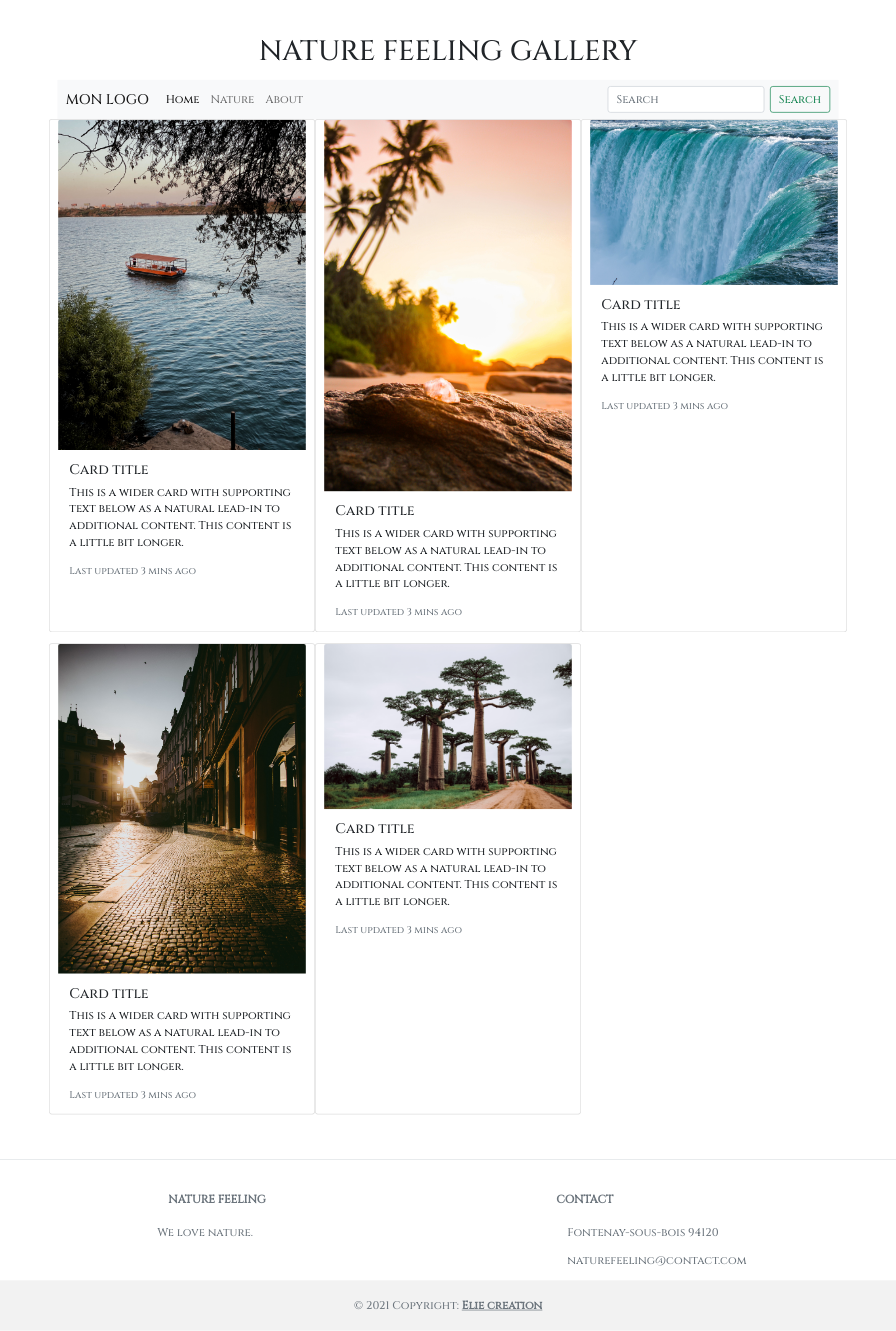
Repository: Elie-Dey/boot-start
Page: gallery.html
An editor plug-in stored every save of this project. The page is shown before and after the next save, followed by the edit.
The browser window is 1280 px wide. The pictures show the whole page, at 70% of full size.
Some web fonts or font styles are not loaded; a fallback is used.

Above is the page before, as saved 2021-08-19 18:57:23.

### gallery.html
<!DOCTYPE html>
<html lang="en">
  <head>
    <meta charset="UTF-8" />
    <meta http-equiv="X-UA-Compatible" content="IE=edge" />
    <meta name="viewport" content="width=device-width, initial-scale=1.0" />
    <link rel="stylesheet" href="style.css" />
    <link rel="preconnect" href="https://fonts.googleapis.com" />
    <link rel="preconnect" href="https://fonts.gstatic.com" crossorigin />
    <link
      href="https://fonts.googleapis.com/css2?family=Cinzel:wght@500&family=Style+Script&display=swap"
      rel="stylesheet"
    />
    <link
      href="https://cdn.jsdelivr.net/npm/bootstrap@5.1.0/dist/css/bootstrap.min.css"
      rel="stylesheet"
      integrity="sha384-KyZXEAg3QhqLMpG8r+8fhAXLRk2vvoC2f3B09zVXn8CA5QIVfZOJ3BCsw2P0p/We"
      crossorigin="anonymous"
    />
    <title>Nature gallery</title>
  </head>
  <body>
    <div class="container">
      <h1 class="titre text-center pb-2 text-uppercase">
        Nature Feeling Gallery
      </h1>
      <!--bar de navigation -->
      <nav class="navbar navbar-expand-lg navbar-light bg-light">
        <div class="container-fluid">
          <a class="navbar-brand" href="index.html">MON LOGO</a>
          <button
            class="navbar-toggler"
            type="button"
            data-bs-toggle="collapse"
            data-bs-target="#navbarSupportedContent"
            aria-controls="navbarSupportedContent"
            aria-expanded="false"
            aria-label="Toggle navigation"
          >
            <span class="navbar-toggler-icon"></span>
          </button>
          <div class="collapse navbar-collapse" id="navbarSupportedContent">
            <ul class="navbar-nav me-auto mb-2 mb-lg-0">
              <li class="nav-item">
                <a class="nav-link active" aria-current="page" href="#">Home</a>
              </li>
              <li class="nav-item">
                <a class="nav-link" href="#">Nature</a>
              </li>

              <li class="nav-item">
                <a class="nav-link" href="#" tabindex="-1" aria-disabled="true"
                  >About</a
                >
              </li>
            </ul>
            <form class="d-flex">
              <input
                class="form-control me-2"
                type="search"
                placeholder="Search"
                aria-label="Search"
              />
              <button class="btn btn-outline-success" type="submit">
                Search
              </button>
            </form>
          </div>
        </div>
      </nav>
      <!--bar de navigation -->

      <div class="row">
        <!--Images cards-->
        <div class="card mb-3 col-md-6 col-xl-4">
          <img
            src="images/ahmed-babiker-X8U9Hzxy7cE-unsplash.jpg"
            class="card-img-top"
            alt="..."
          />
          <div class="card-body">
            <h5 class="card-title">Card title</h5>
            <p class="card-text">
              This is a wider card with supporting text below as a natural
              lead-in to additional content. This content is a little bit
              longer.
            </p>
            <p class="card-text">
              <small class="text-muted">Last updated 3 mins ago</small>
            </p>
          </div>
        </div>
        <div class="card mb-3 col-md-6 col-xl-4">
          <img
            src="images/florian-wehde-_2ECGFr12LM-unsplash.jpg"
            class="card-img-top"
            alt="..."
          />
          <div class="card-body">
            <h5 class="card-title">Card title</h5>
            <p class="card-text">
              This is a wider card with supporting text below as a natural
              lead-in to additional content. This content is a little bit
              longer.
            </p>
            <p class="card-text">
              <small class="text-muted">Last updated 3 mins ago</small>
            </p>
          </div>
        </div>
        <div class="card mb-3 col-md-6 col-xl-4">
          <img
            src="images/vince-veras-4xzIo1d5esI-unsplash.jpg"
            class="card-img-top"
            alt="..."
          />
          <div class="card-body">
            <h5 class="card-title">Card title</h5>
            <p class="card-text">
              This is a wider card with supporting text below as a natural
              lead-in to additional content. This content is a little bit
              longer.
            </p>
            <p class="card-text">
              <small class="text-muted">Last updated 3 mins ago</small>
            </p>
          </div>
        </div>
        <div class="card mb-3 col-md-6 col-xl-4">
          <img
            src="images/kevin-andre-9Q1t_docbak-unsplash.jpg"
            class="card-img-top"
            alt="..."
          />
          <div class="card-body">
            <h5 class="card-title">Card title</h5>
            <p class="card-text">
              This is a wider card with supporting text below as a natural
              lead-in to additional content. This content is a little bit
              longer.
            </p>
            <p class="card-text">
              <small class="text-muted">Last updated 3 mins ago</small>
            </p>
          </div>
        </div>
        <div class="card mb-3 col-md-6 col-xl-4">
          <img
            src="images/graphic-node-yPSbirjJWzs-unsplash.jpg"
            class="card-img-top"
            alt="..."
          />
          <div class="card-body">
            <h5 class="card-title">Card title</h5>
            <p class="card-text">
              This is a wider card with supporting text below as a natural
              lead-in to additional content. This content is a little bit
              longer.
            </p>
            <p class="card-text">
              <small class="text-muted">Last updated 3 mins ago</small>
            </p>
          </div>
        </div>

        <!--Images cards-->
      </div>
    </div>

    <!-- Footer -->
    <footer class="text-center text-lg-start bg-white text-muted">
      <!-- Section: Social media -->
      <section
        class="
          d-flex
          justify-content-center justify-content-lg-between
          p-4
          border-bottom
        "
      ></section>
      <!-- Section: Social media -->

      <!-- Section: Links  -->
      <section class="">
        <div class="container text-center text-md-start mt-5">
          <!-- Grid row -->
          <div class="row mt-3">
            <!-- Grid column -->
            <div class="col-md-3 col-lg-4 col-xl-3 mx-auto mb-4">
              <!-- Content -->
              <h6 class="text-uppercase fw-bold mb-4">
                <i class="fas fa-gem me-3"></i>Nature Feeling
              </h6>
              <p>We love nature.</p>
            </div>

            <!-- Grid column -->
            <div class="col-md-4 col-lg-3 col-xl-3 mx-auto mb-md-0 mb-4">
              <!-- Links -->
              <h6 class="text-uppercase fw-bold mb-4">Contact</h6>
              <p><i class="fas fa-home me-3"></i> Fontenay-sous-bois 94120</p>
              <p>
                <i class="fas fa-envelope me-3"></i>
                naturefeeling@contact.com
              </p>
            </div>
            <!-- Grid column -->
          </div>
          <!-- Grid row -->
        </div>
      </section>
      <!-- Section: Links  -->

      <!-- Copyright -->
      <div
        class="text-center p-4"
        style="background-color: rgba(0, 0, 0, 0.05)"
      >
        © 2021 Copyright:
        <a class="text-reset fw-bold" href="">Elie creation</a>
      </div>
      <!-- Copyright -->
    </footer>
    <!-- Footer -->

    <script
      src="https://cdn.jsdelivr.net/npm/bootstrap@5.1.0/dist/js/bootstrap.bundle.min.js"
      integrity="sha384-U1DAWAznBHeqEIlVSCgzq+c9gqGAJn5c/t99JyeKa9xxaYpSvHU5awsuZVVFIhvj"
      crossorigin="anonymous"
    ></script>
  </body>
</html>

### style.css
.titre {
  font-family: "Cinzel", serif;
  margin-top: 50px;
}

* {
  font-family: "Cinzel", serif;
}

After the next save:
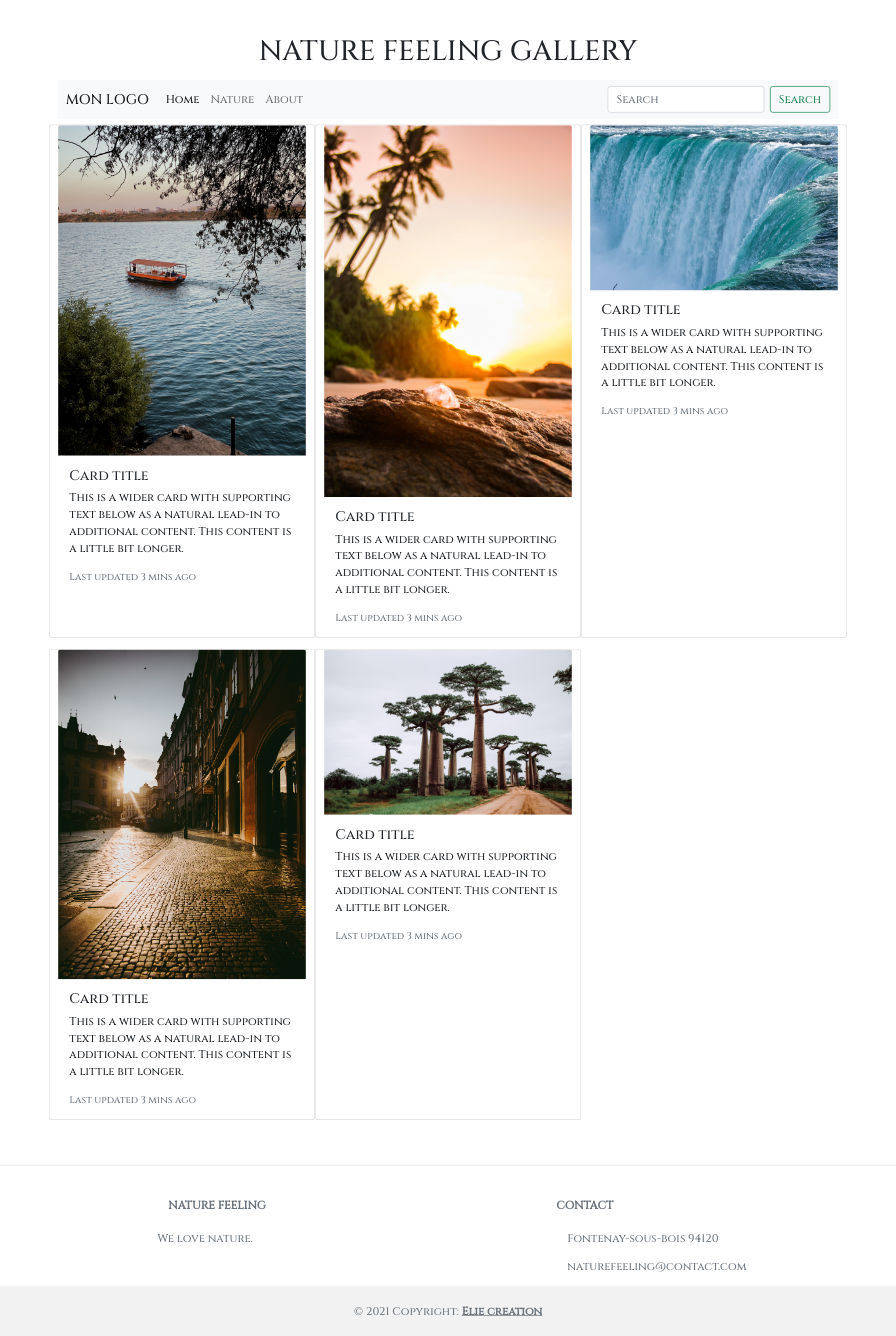
Saved 30 s later.
--- a/gallery.html
+++ b/gallery.html
@@ -25,7 +25,7 @@
         Nature Feeling Gallery
       </h1>
       <!--bar de navigation -->
-      <nav class="navbar navbar-expand-lg navbar-light bg-light">
+      <nav class="navbar navbar-expand-lg navbar-light bg-light mb-2">
         <div class="container-fluid">
           <a class="navbar-brand" href="index.html">MON LOGO</a>
           <button
